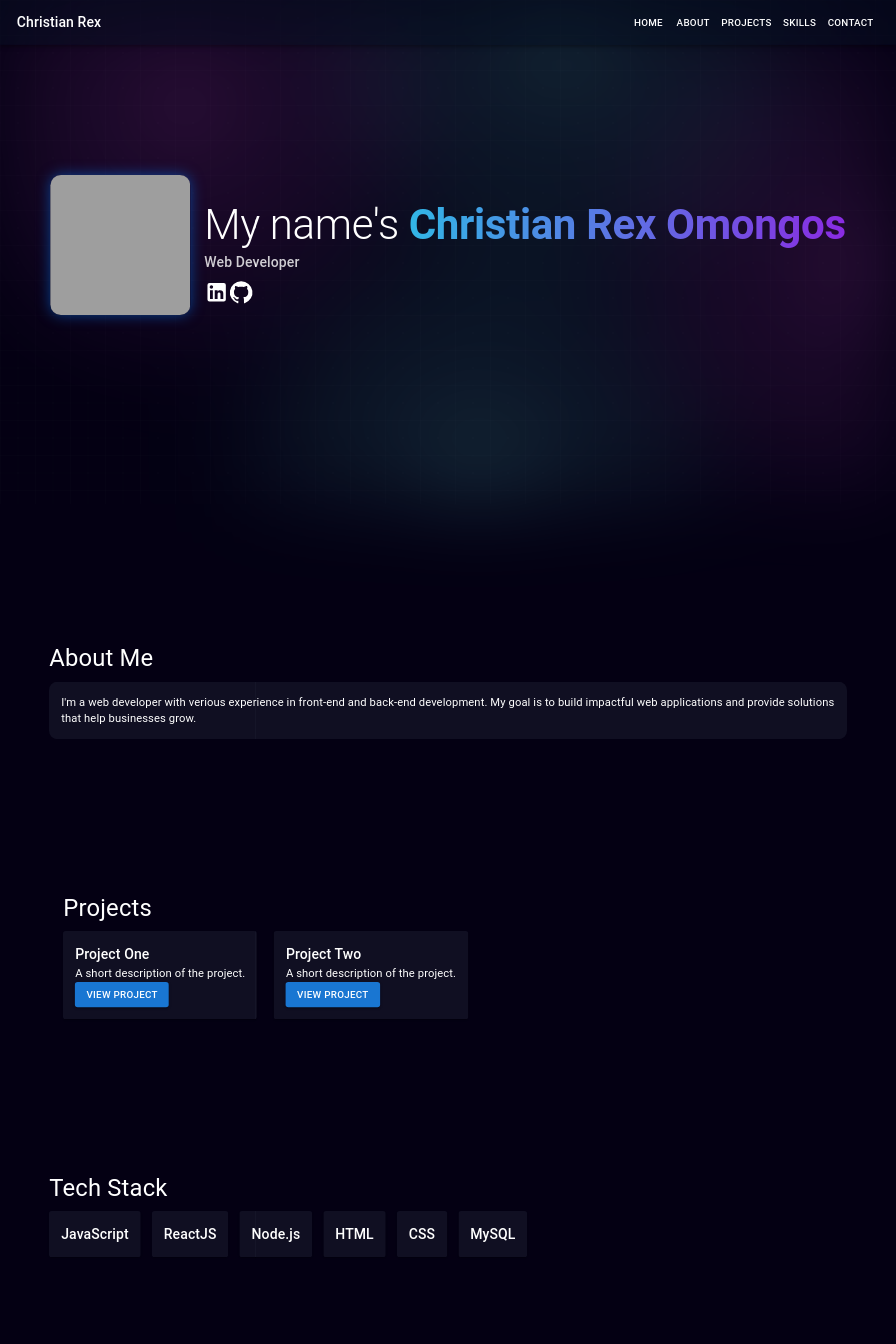
Repository: mikeshadowcoder/myWeb
Page: /
These files come from the project's save history. The page is drawn as it stood at one moment and after the next save; the edit follows.
The browser window is 1280 px wide. The pictures show the part of the page from y = 0 to 1920 px (the page is 2643 px tall), at 70% of full size.
Pictures or frames that could not be fetched are drawn as grey boxes. The project was rebuilt for these pictures with package versions that can differ from the ones it lists, and the page was loaded fresh each time.

Above is the page before, as saved 2026-01-21 15:55:35.

### src/index.js
import React from 'react';
import ReactDOM from 'react-dom/client';
import './index.css';
import App from './App';
import 'bootstrap/dist/css/bootstrap.min.css';
import "./styles/global.css";

const root = ReactDOM.createRoot(document.getElementById('root'));
root.render(
  <React.StrictMode>
    <App />
  </React.StrictMode>
);

### src/App.js
import React, {useRef} from 'react';
//import { BrowserRouter as Router, Route, Routes } from 'react-router-dom';
import Header from './components/Header';
import Home from './components/Home';
import AboutMe from './components/AboutMe';
import Content from './components/Content';
import Skills from './components/Skills';
import Contact from './components/Contact';
import Footer from './components/Footer';
import Box from '@mui/material/Box';
import BackgroundShapes from './components/BackgroundShapes'


const App = () => {
  const homeRef = useRef(null);
  const aboutRef = useRef(null);
  const contentRef = useRef(null);
  const skillsRef = useRef(null);
  const contactRef = useRef(null);

  // Function to handle smooth scrolling
  const scrollToSection = (ref) => {
    const headerOffset = 200; // Adjust based on your AppBar height (default MUI AppBar is ~64px)
    const elementPosition = ref.current.getBoundingClientRect().top + window.scrollY;
    const offsetPosition = elementPosition - headerOffset;

    window.scrollTo({
      top: offsetPosition,
      behavior: "smooth",
    });
  };


  return (
    <div>
      {/* Pass the scroll function to Header for navigation */}
      <BackgroundShapes/>
      <Header
        onScrollToSection={{
          home: () => scrollToSection(homeRef),
          about: () => scrollToSection(aboutRef),
          content: () => scrollToSection(contentRef),
          skills: () => scrollToSection(skillsRef),
          contact: () => scrollToSection(contactRef),
        }}
      />
      <Box sx={{
        maxWidth: "89%",
        margin: "auto",
        // border: "2px solid red"
      }}>
       {/* Sections with attached refs */}
      <section ref={homeRef}>
        <Home />
      </section>

       <section ref={aboutRef}>
        <AboutMe />
      </section>

      <section ref={contentRef}>
        <Content />
      </section>

      <section ref={skillsRef}>
        <Skills />
      </section>

      <section ref={contactRef}>
        <Contact />
      </section>
      </Box>
      <section>
        <Footer/>
      </section>
    </div>
  );
};

export default App;

### src/styles/global.css
body {
    background-color: #040013;
    color: white;
    margin: 0;
    padding: 0;
    font-family: 'Arial', sans-serif;
  }

.gradient-text {
  background: linear-gradient(90deg, rgb(50, 182, 230), rgb(138, 43, 226)); /* Customize here */
  -webkit-background-clip: text;
  background-clip: text;
  -webkit-text-fill-color: transparent;
  color: transparent;
}

### src/components/Header.js
import React from 'react';
import { AppBar, Toolbar, Typography, Button } from '@mui/material';
import "../styles/header.css";
//import { Link } from 'react-router-dom';

const Header = ({onScrollToSection}) => {
  return (
    <AppBar className="header">
      <Toolbar>
        <Typography variant="h6" sx={{flexGrow:1}}>
          Christian Rex
        </Typography>
        <Button color="inherit" onClick={onScrollToSection.home}>Home</Button>
        <Button color="inherit" onClick={onScrollToSection.about}>About</Button>
        <Button color="inherit" onClick={onScrollToSection.content}>Projects</Button>
        <Button color="inherit" onClick={onScrollToSection.skills}>Skills</Button>
        <Button color="inherit" onClick={onScrollToSection.contact}>Contact</Button>
      </Toolbar>
    </AppBar>
  )
};

export default Header;

### src/components/Home.js
import React from "react";
import { Box, Typography, Button } from "@mui/material";
import LinkedInIcon from "@mui/icons-material/LinkedIn";
import GitHubIcon from "@mui/icons-material/GitHub";
// import FacebookIcon from "@mui/icons-material/Facebook";
import profilePic from "../assets/images/profilePic.jpg";

const Home = () => {
  return (
    <Box
      sx={{
        display: "flex",
        alignItems: "center",
        justifyContent: "center",
        minHeight: "100vh",
        color: "white",
        width: "100%",
        textAlign: "center",
      }}
    >
      <Box
        sx={{
          display: "flex",
          alignItems: "center",
          gap: "20px", // Space between image and text
          flexWrap: "wrap", // Ensures responsiveness
        }}
      >
      {/* Profile Image */}
      <Box
        component="img"
        src={profilePic} //Profile Picture
        alt="Profile"
        sx={{
          width: "200px",
          height: "200px",
          borderRadius: "15px",
          boxShadow: "0 0 20px rgba(0, 123, 255, 0.5)",
          marginBottom: "20px",
          objectFit: "cover"
        }}
      />

      {/* Text Section */}
      <Box sx={{ textAlign: "left"}}>
        <Typography variant="h2">
          My name's {" "}
          <Typography variant="h2" component="span" className="gradient-text" sx={{ fontWeight: "bold" }}>Christian Rex Omongos</Typography>
        </Typography>

        <Typography variant="h6" sx={{ marginBottom: "10px", opacity: 0.8 }}>
          Web Developer
        </Typography>

        {/* Social Media Icons */}
        <Box sx={{ display: "flex",}}>
          <Button href="https://linkedin.com/in/christianrex/" target="_blank" sx={{ color: "white", minWidth: 0, padding: 0 }}>
            <LinkedInIcon fontSize="large" />
          </Button>
          <Button href="https://github.com/mikeshadowcoder" target="_blank" sx={{ color: "white", minWidth: 0, padding: 0 }}>
            <GitHubIcon fontSize="large" />
          </Button>
        </Box>
      </Box>
    </Box>
  </Box>
  );
};

export default Home;

### src/components/AboutMe.js
import React from 'react';
import { Typography, Box } from '@mui/material';
import "../styles/boxStyling.css"

const AboutMe = () => {

  return (
    <Box sx={{ mt: 25, mb: 25, width: "100%" }}>
        <Typography variant="h4" gutterBottom>About Me</Typography>
      <Box className="box-container">
          <Typography>
            I'm a web developer with verious experience in front-end and back-end development.
            My goal is to build impactful web applications and provide solutions that
            help businesses grow.
          </Typography>
      </Box>
    </Box>
  );
};

export default AboutMe;

### src/components/Content.js
import React from 'react';
import { Grid2, Paper, Typography, Button, Box } from '@mui/material';
// import MacWindowHeader from './UI/MacWindowHeader';
import "../styles/boxStyling.css";

const Content = () => {
  const projects = [
    {
      title: 'Project One',
      description: 'A short description of the project.',
      link: 'https://github.com/your-repo/project-one',
    },
    {
      title: 'Project Two',
      description: 'A short description of the project.',
      link: 'https://github.com/your-repo/project-two',
    },
    // Add more projects here
  ];

  return (
  <Box>
    {/* <MacWindowHeader/> */}
    <Box sx={{ padding: "20px"}}>

        <Typography variant="h4" gutterBottom>Projects</Typography>
        <Grid2 container spacing={3}>
          {projects.map((project, index) => (
            <Grid2 item xs={12} sm={6} key={index}>
              <Paper className='box-container' sx={{ padding: 2, bgcolor: 'rgba(26, 26, 46, 0.6)', color: 'rgba(255, 255, 255, 1)'}}>
                <Typography variant="h6">{project.title}</Typography>
                <Typography>{project.description}</Typography>
                <Button variant="contained" href={project.link} target="_blank">
                  View Project
                </Button>
              </Paper>
            </Grid2>
          ))}
        </Grid2>

    </Box>
  </Box>
  );
};

export default Content;

### src/components/Skills.js
import React from 'react';
import { Grid2, Paper, Typography, Box } from '@mui/material';
import "../styles/boxStyling.css"

const Skills = () => {
  const skills = ['JavaScript', 'ReactJS', 'Node.js', 'HTML', 'CSS', 'MySQL'];

  return (
    <Box sx={{ mt: 25, width: "100%", }}>
      <Typography variant="h4" gutterBottom >Tech Stack</Typography>
      <Box> {/* REDUNDANT might remove later*/}
      <Grid2 container spacing={2} >
        {skills.map((skill, index) => (
          <Grid2 item xs={12} sm={6} md={4} key={index}>
            <Paper className="box-container" sx={{ padding: 2, textAlign: 'center', bgcolor: 'rgba(26, 26, 46, 0.6)', color: 'rgba(255, 255, 255, 1)' }}>
              <Typography variant="h6">{skill}</Typography>
            </Paper>
          </Grid2>
        ))}
      </Grid2>
      </Box>

    </Box>
  );
};

export default Skills;

### src/components/Contact.js
import React, { useState } from 'react';
import { Typography, TextField, Button, Box, Alert } from '@mui/material';
import "../styles/boxStyling.css"

const Contact = () => {
  const [success, setSuccess] = useState(false);
  const [error, setError] = useState(false);

  const handleSubmit = async (event) => {
    event.preventDefault();
    setError(false);
    setSuccess(false);

    const formData = new FormData(event.target);

    try {
      const response = await fetch("https://formsubmit.co/bufferingupbruh1994@gmail.com", {
        method: "POST",
        body: formData,
      });

      if (response.ok) {
        setSuccess(true);
        event.target.reset(); // Reset the form after success
        setTimeout(() => setSuccess(false), 5000);
      } else {
        setError(true);
        setTimeout(() => setError(false), 5000);

      }
    } catch (err) {
      setError(true);
      setTimeout(() => setError(false), 5000);
    }
  }


  return (
    <Box
    sx={{
      p: 4,
      mt: 25,
      mb: 10
    }}
    >
      <Typography variant="h4" gutterBottom>Contact Me</Typography>
      <Box className="box-container" >
        {/* Success Message */}
        {success && <Alert severity="success">Message sent</Alert>}
        {error && <Alert severity="error">Failed to send message. Please try again.</Alert>}
        <form onSubmit={handleSubmit}>

          <input type="hidden" name="_captcha" value="false" />

          {/*Subject*/}
          <TextField
          label="Subject"
          name="Subject"
          fullWidth
          margin="normal"
          required
          slotProps={{inputLabel: { style: { color: "white" } } }} // Make label white
          sx={{
            input: { color: "white" },
            "& .MuiOutlinedInput-root": {
              "& fieldset": { borderColor: "white" }, // Border color
              "&:hover fieldset": { borderColor: "#ccc" }, // Hover effect
              },
            }}
          />

          {/*Email*/}
          <TextField label="Your Email"
          name="Email"
          type="email"
          fullWidth
          margin="normal"
          required
          slotProps={{inputLabel: { style: { color: "white" } } }} // Make label white
          sx={{
            input: { color: "white" },
            "& .MuiOutlinedInput-root": {
              "& fieldset": { borderColor: "white" }, // Border color
              "&:hover fieldset": { borderColor: "#ccc" }, // Hover effect
              },
            }}
          />

          {/*Message*/}
          <TextField label="Your Message"
          name="Message"
          fullWidth
          multiline
          rows={4}
          margin="normal"
          slotProps={{inputLabel: { style: { color: "white" } } }} // Make label white
          sx={{
            "& textarea": {color: "white"},
            "& .MuiOutlinedInput-root": {
              "& fieldset": { borderColor: "white" }, // Border color
              "&:hover fieldset": { borderColor: "#ccc" }, // Hover effect
              },
            }}
          />
          <Button type="submit" variant="contained" sx={{ mt: 2 }}>Send Message</Button>
        </form>
        </Box>
    </Box>
  );
};

export default Contact;

### src/components/Footer.js
import React from 'react';
import { Box, Typography } from "@mui/material";


const Footer = () => {
    return (
        <Box
            sx={{
                width: "100%",
                color: "white",
                textAlign: "center",
                mt: 4,
                mb: 2,
                borderTop: "1px solid rgba(255, 255, 255, 0.08)",
                pt: 2,
            }}
        >
            <Typography variant="body2" sx={{ color: " rgba(255, 255, 255, 0.5) "}}>
                © {new Date().getFullYear()} Christain Rex Omongos. All Rights Reserved.
            </Typography>
        </Box>
    )
}

export default Footer;

### src/components/BackgroundShapes.js
import React from "react";
import "../styles/background.css"; // Import styles

const BackgroundShapes = () => {
  return (
    <>
    <div className="grid-container"></div>
     <div className="shapes-container">
        <div className="circle circle1"></div>
        <div className="circle circle2"></div>
        <div className="circle circle3"></div>
        <div className="circle circle4"></div>
    </div>
    </>
  );
};

export default BackgroundShapes;

### src/styles/header.css
.header {
  position: sticky;
  scroll-behavior: smooth;
  background-color: rgba(5, 19, 35, .4) !important;
  backdrop-filter: blur(80px);
  color: #ffffff !important;
  /* z-index: 1200 !important; */
  overflow: hidden;
}

### src/styles/boxStyling.css
.box-container {
    width: 100%;
    /* height: 400px; */
    padding: 16px;
    border-radius: 12px;
    border: 1px solid transparent;
    /* background: linear-gradient(to bottom right, rgba(26, 26, 46, 0.6), rgba(22, 33, 62, 0.6)); */
    background: rgba( 26, 26, 46, 0.6);
    transition: border 0.3s ease-in-out, box-shadow 0.3s ease-in-out;
  }

  .box-container:hover {
    border: 1px solid #3b82f6;
    box-shadow: 0px 0px 10px rgba(59, 130, 246, 0.5);
  }

  /* .test {
    color: rgb(99, 102, 241);
    background-image: linear-gradient(45deg, rgb(99, 102, 241) 10%, rgb(168, 85, 247) 93%);
    background-clip: text;
    -webkit-text-fill-color: transparent;
    font-weight: 800 !important;
  } */

### src/styles/background.css
/* Background Shapes and Grid Overlay */
.shapes-container {
    position: fixed;
    top: 0;
    left: 0;
    width: 100%;
    height: 100%;
    overflow: hidden;
    filter: blur(60px); /* Blur Effect */
    z-index: -2; /* Keep shapes behind content */
    pointer-events: none;
  }

  .grid-container{
    position: fixed;
    top: 0;
    left: 0;
    width: 100%;
    height: 100%;
    background-image:
      linear-gradient(rgba(255, 255, 255, 0.04) 1px, transparent 1px),
      linear-gradient(90deg, rgba(255, 255, 255, 0.04) 1px, transparent 1px);
    background-size: 25px 25px; /* Grid spacing */
    opacity: 0.3;
    z-index: -1;
    pointer-events: none;
  }


  .circle {
    position: absolute;
    border-radius:50%;
    opacity: 0.15;
    /* box-shadow: 0 0 100px 150px rgba(255, 255, 255, 0.2); Extra glow */
    animation: moveSideways 6s infinite alternate ease-in-out;
    filter: brightness(2.2);
  }

  /* Different circles with unique positions, sizes, and colors */
  .circle1 {
    width: 20vw;
    height: 20vw;
    background: radial-gradient(circle, rgba(138, 43, 226, 1) 30%, rgba(138, 43, 226, 0.5) 70%);
    /* background-color: radial-gradient(circle, rgba(138, 43, 226, 1) 30%, rgba(138, 43, 226, 0) 80%); */
    box-shadow: 0 0 150px 185px rgba(138, 43, 226, 0.6); /* Light rays effect */
    top: 3%;
    left: -10%;
    animation-duration: 8s;
  }

  .circle2 {
    width: 20vw;
    height: 20vw;
    background: radial-gradient(circle, rgba(50, 182, 230, 1) 30%, rgba(50, 182, 230, 0.5) 70%);
    /* background-color: rgba(186, 16, 205, 0.6); */
    box-shadow: 0 0 150px 185px rgba(50, 182, 230, 0.6); /* Light rays effect */
    top: 75%;
    left: 20%;
    animation-duration: 6s;
  }


  .circle3 {
    width: 20vw;
    height: 20vw;
    background: radial-gradient(circle, rgba(138, 43, 226, 1) 30%, rgba(138, 43, 226, 0.5) 70%);
    /* background-color: rgba(43, 123, 252, 0.6); */
    box-shadow: 0 0 150px 185px rgba(138, 43, 226, 0.6); /* Light rays effect */
    top: 35%;
    left: 70%;
    animation-duration: 10s;
  }

  .circle4 {
    width: 20vw;
    height: 20vw;
    background: radial-gradient(circle, rgb(50, 182, 230, 1) 30%, rgba(50, 182, 230, 0.5) 70%);
    /* background-color: rgba(191, 64, 191, 0.6); */
    box-shadow: 0 0 150px 185px rgba(50, 182, 230, 0.6); /* Light rays effect */
    top: -10%;
    left: 30%;
    animation-duration: 7s;
  }

  /* Smooth left-right movement */
  @keyframes moveSideways {
    0% {
      transform: translateX(0);
    }
    100% {
      transform: translateX(300px); /* Moves smoothly to the right */
    }
  }

Loaded but not shown: public/index.html (common file); src/index.css (common file)

After the next save:
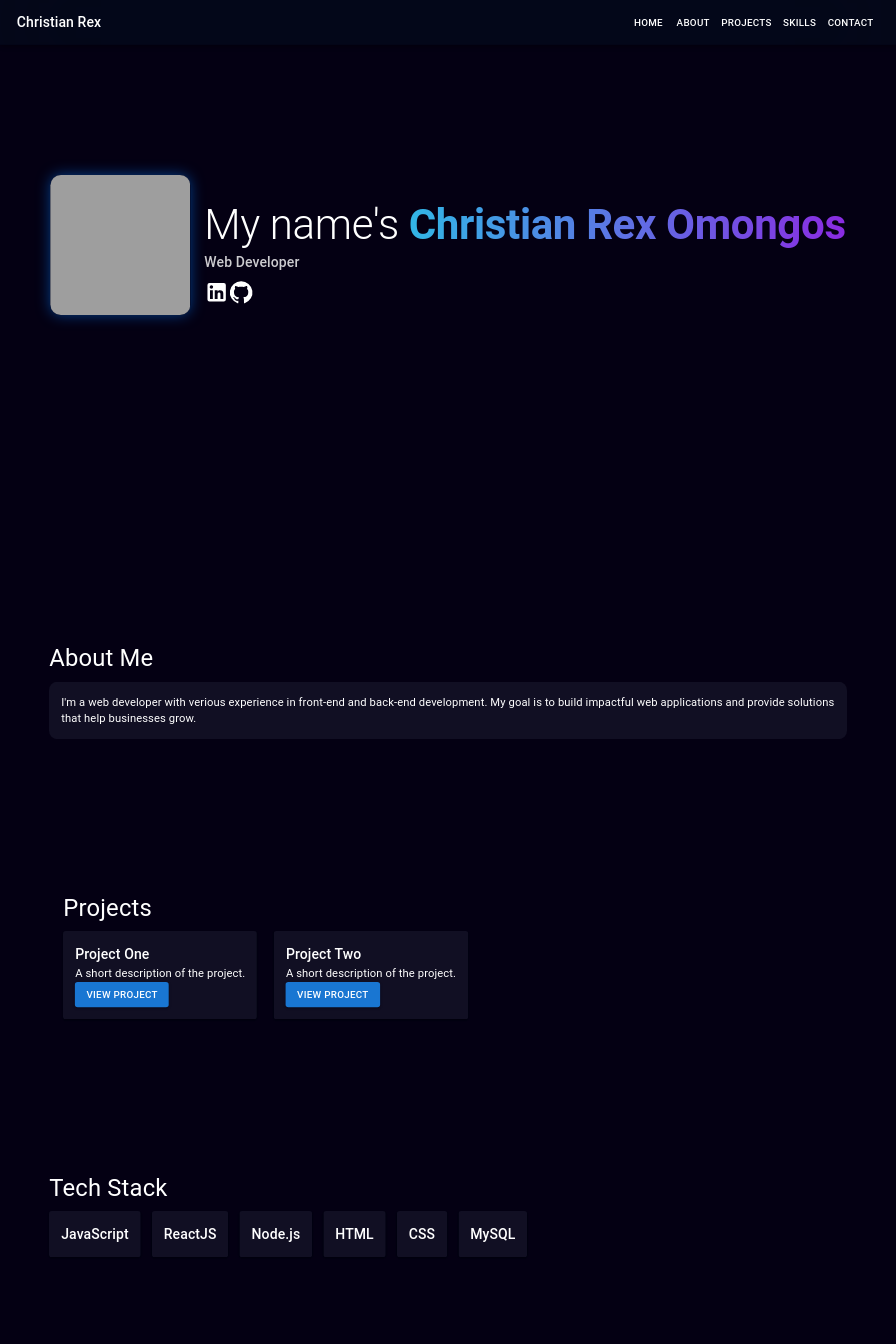
Saved 7 s later.
--- a/src/App.js
+++ b/src/App.js
@@ -34,7 +34,7 @@
   return (
     <div>
       {/* Pass the scroll function to Header for navigation */}
-      <BackgroundShapes/>
+      {/* <BackgroundShapes/> */}
       <Header
         onScrollToSection={{
           home: () => scrollToSection(homeRef),
